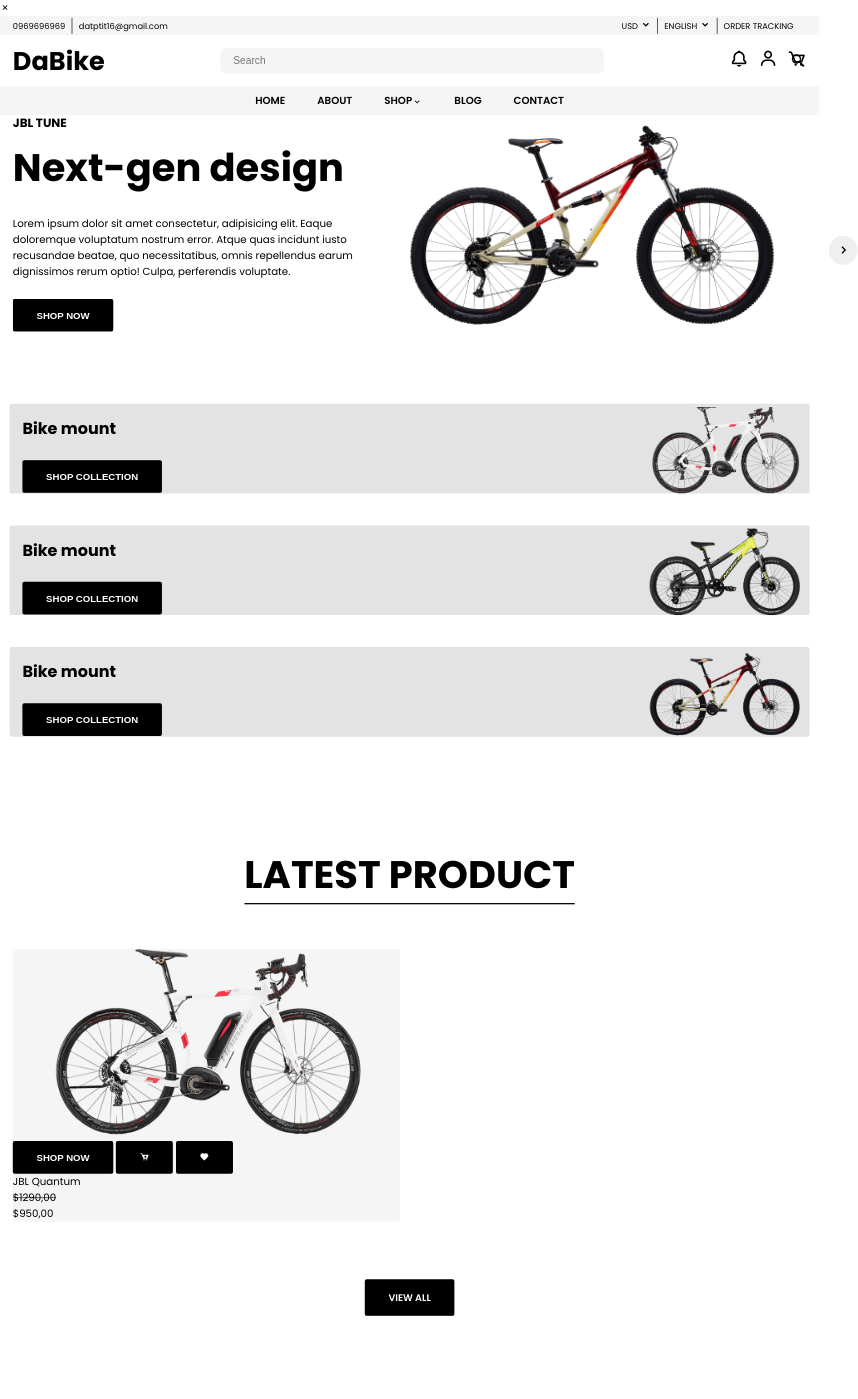
Repository: Datt21/DacMaxx
Page: index.html
An editor plug-in stored every save of this project. The page is shown before and after the next save, followed by the edit.
The browser window is 1280 px wide. The page is 1340 px wide, so the pictures cover 1340 px, including what lies to the right of the window. The pictures show the whole page, at 64% of full size.
The pointer rests on the first visible `.product-card-img`.

Above is the page before, as saved 2021-07-07 14:41:21.

After the next save:
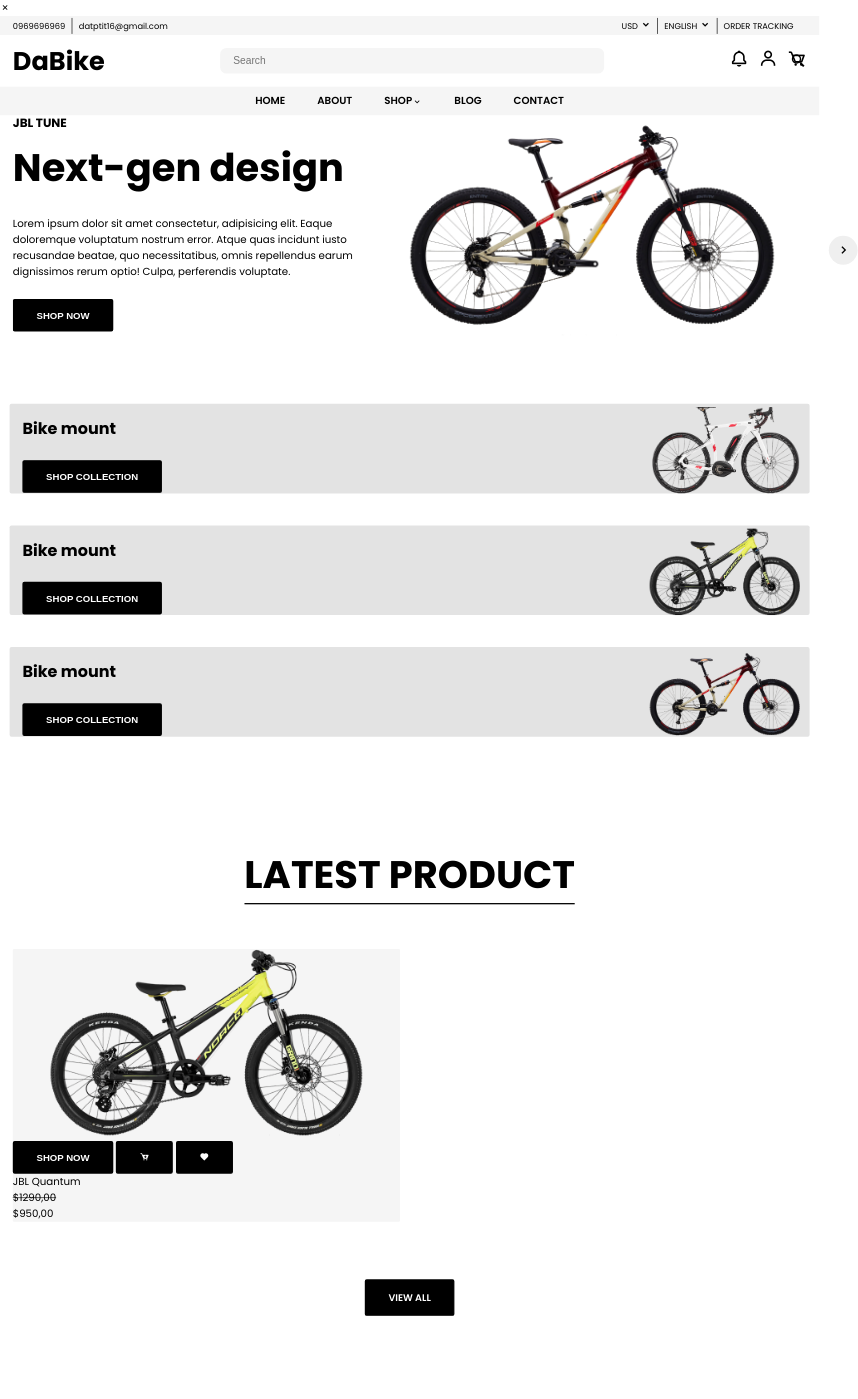
Saved 22 s later.
--- a/css/app.css
+++ b/css/app.css
@@ -523,13 +523,13 @@ ul.devided > li:last-child{
     display: none;
 }
 
-.product-card-img:hover .product-card-img img:nth-child(1){
+.product-card:hover .product-card-img img:nth-child(1){
     opacity: 0;
     visibility: hidden;
     display: none;
 }
 
-.product-card-img:hover .product-card-img img:nth-child(2){
+.product-card:hover .product-card-img img:nth-child(2){
     opacity: 1;
     visibility: visible;
     display: block;
